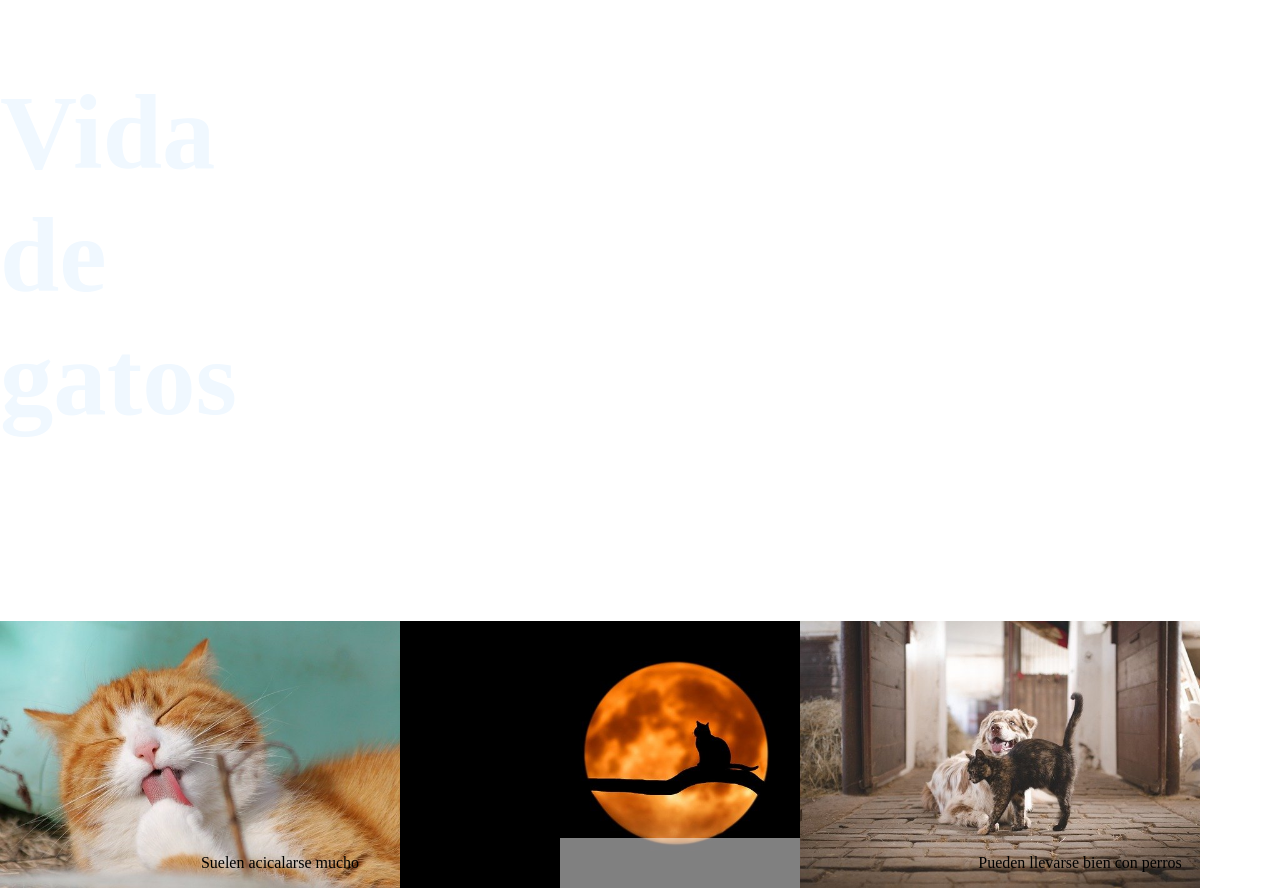
Repository: ScoggoDev/DesarrolloWeb
Page: tarea en equipo 1/tep3/vidadegatos/index.html
An editor plug-in stored every save of this project. The page is shown before and after the next save, followed by the edit.
The browser window is 1280 px wide. The pictures show the whole page.

Above is the page before, as saved 2021-07-14 20:57:11.

### tarea en equipo 1/tep3/vidadegatos/index.html
<!DOCTYPE html>
<html lang="en">
<head>
    <meta charset="UTF-8">
    <meta http-equiv="X-UA-Compatible" content="IE=edge">
    <meta name="viewport" content="width=device-width, initial-scale=1.0">
    <title>Vida de gatos</title>
    <link rel="stylesheet" href="css/estilos.css">

</head>
<body>
    <div class="encabezado">
        <h1 class="titulo">Vida de gatos</h1>
    </div>
    <div class="medio">
        <div class="contenedor-img">
            <img class = "foto" src="images/medio1.jpg" alt="">
            <div class="text-block">

                <p>Suelen acicalarse mucho</p>
              </div>
        </div>

        <div class="contenedor-img">
            <img class = "foto" src="images/medio3.jpg" alt="">
            <div class="text-block-different text-block">

                <p>Son más inquietos por la noche</p>
              </div>

        </div>
        <div class="contenedor-img">
            <img class = "foto" src="images/medio2.jpg" alt="">
            <div class="text-block">

                <p>Pueden llevarse bien con perros</p>
              </div>
        </div>



    </div>

</body>
</html>

### tarea en equipo 1/tep3/vidadegatos/css/estilos.css

.encabezado{
    height: 500px;
    width: 100px;
    background-position: center center;
    background-repeat: no-repeat;
    background-attachment: fixed;
    background-size: cover;
}
body{
    margin: 0px;
}
.titulo{
    text-align: center;
    color: aliceblue;
    font-size: 80pt;
    /*completar*/
}

.foto{
    max-width:400px;
}

.medio{
    display: block;
    padding-top: 50px;
    display: flex;

}

.contenedor-img{
    position: relative;
    display: inline-block;

}

.text-block {
    position: absolute;
    left: 40%;
    top: 80%;
    text-align: center;
    width: 60%;
}
.text-block-different{
    background-color:white;
    color:white;
    opacity: 0.5;
}

After the next save:
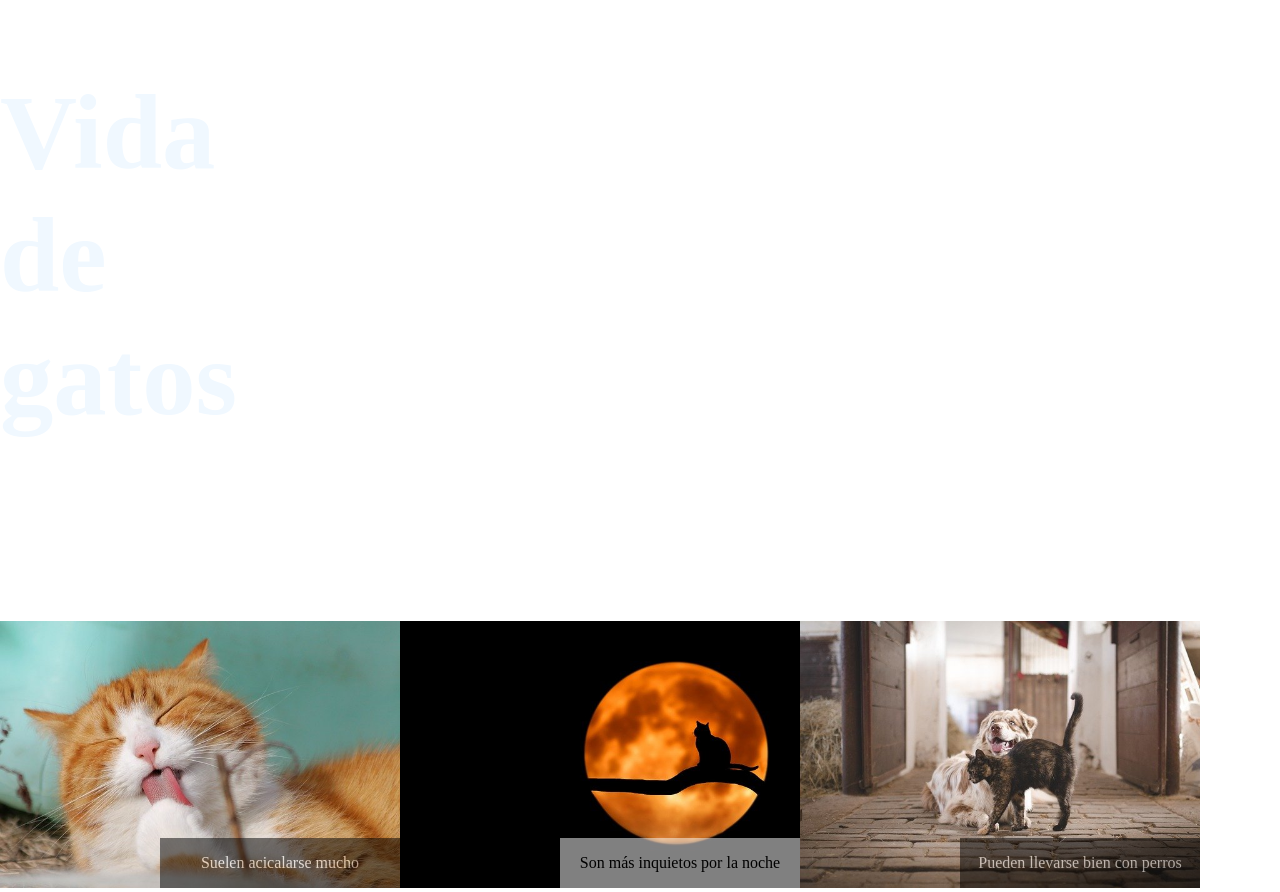
Saved 17 s later.
--- a/tarea en equipo 1/tep3/vidadegatos/css/estilos.css
+++ b/tarea en equipo 1/tep3/vidadegatos/css/estilos.css
@@ -40,9 +40,12 @@ body{
     top: 80%;
     text-align: center;
     width: 60%;
+    color: white;
+    background-color: black;
+    opacity: 0.5;
 }
 .text-block-different{
     background-color:white;
-    color:white;
+    color:black;
     opacity: 0.5;
 }
